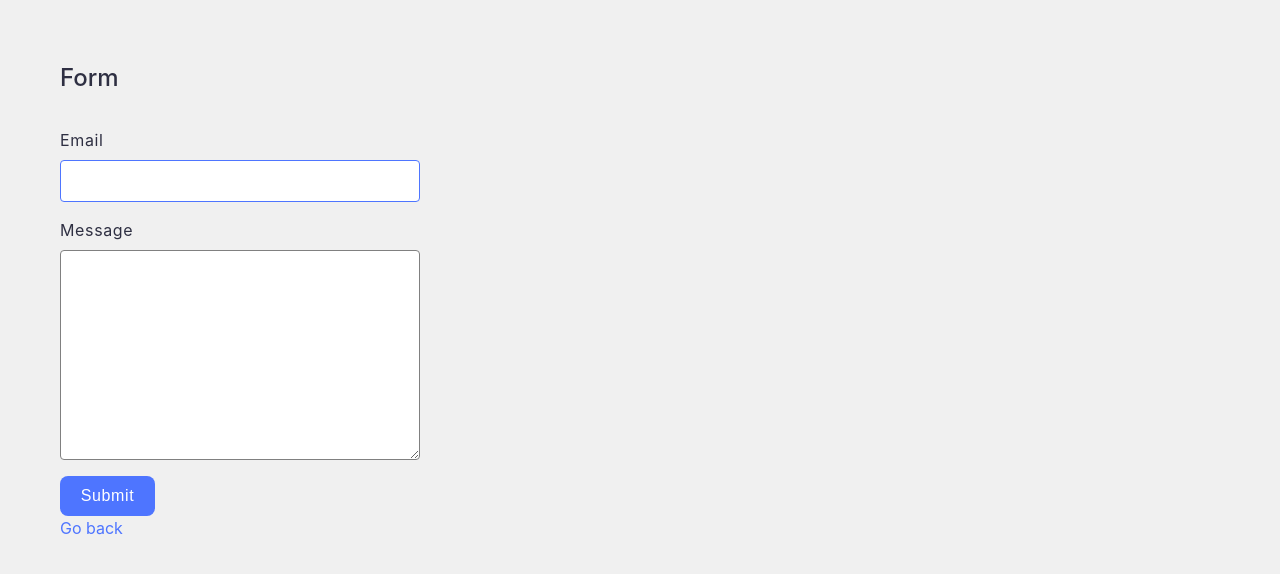
Repository: rubin666666/goit-js-hw-09
Page: public/2-form.html
The author's editor kept a copy of each file at every save. The page is drawn from the files as they stood at one save, then again after the next save.
The browser window is 1280 px wide. The pictures show the whole page.

Above is the page before, as saved 2025-12-17 14:19:12.

After the next save:
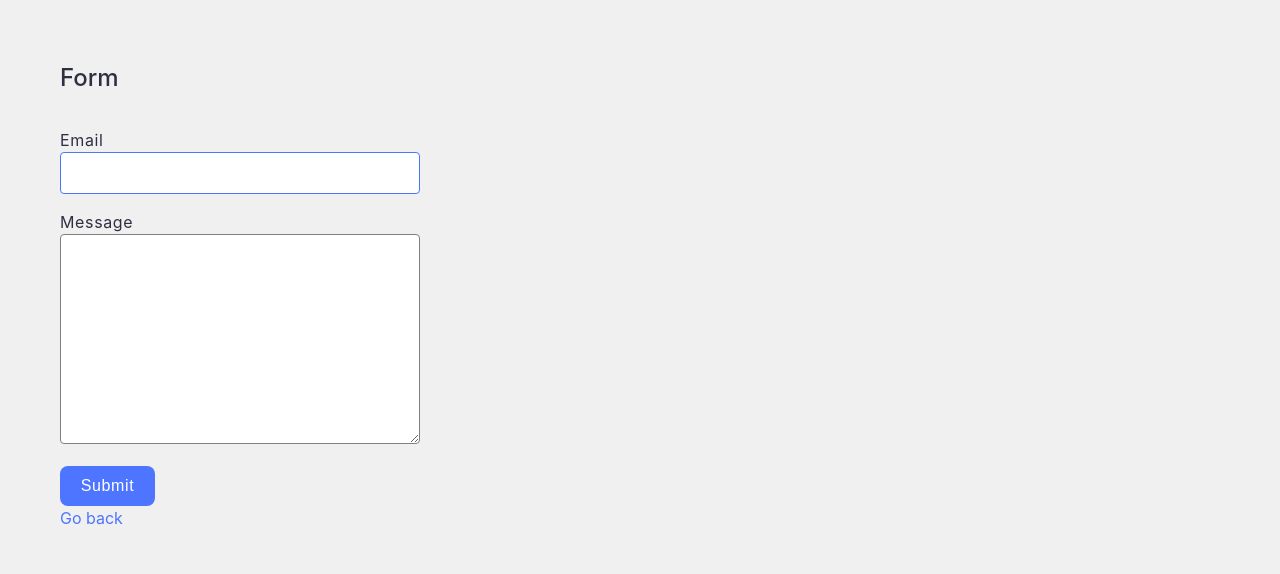
Saved 3 min 17 s later.
--- a/public/2-form.html
+++ b/public/2-form.html
@@ -12,12 +12,12 @@
     <form class="feedback-form" autocomplete="off">
       <label>
         Email
+        <input type="email" name="email" autofocus />
       </label>
-      <input type="email" name="email" autofocus />
       <label>
         Message
+        <textarea name="message" rows="8"></textarea>
       </label>
-      <textarea name="message" rows="8"></textarea>
       <button type="submit">Submit</button>
     </form>
     <a href="index.html">Go back</a>
